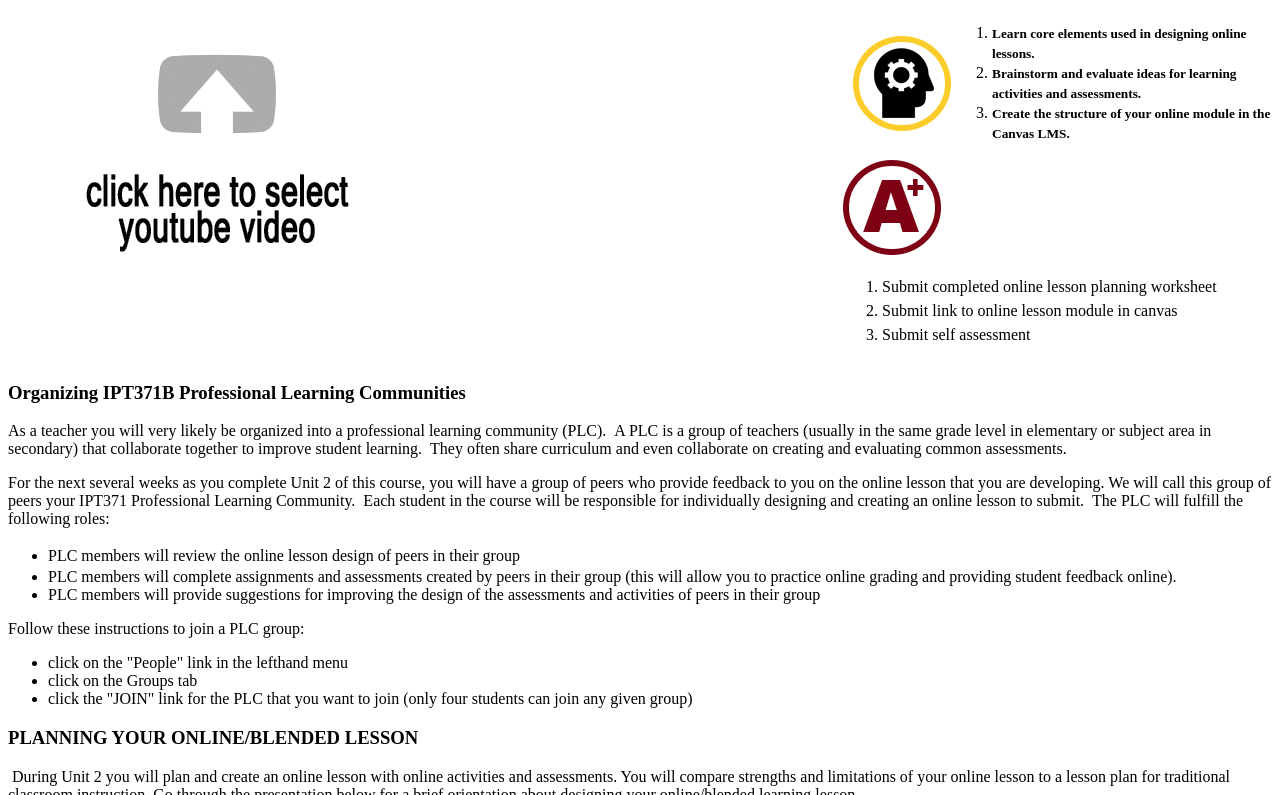
Repository: jaerod95/BYU
Page: IPT 371C/main.html
The author's editor kept a record of every edit. The page is drawn from the files as they stood at one moment, then again after the next edit.
The browser window is 1280 px wide. The pictures show the part of the page from y = 0 to 795 px (the page is 4818 px tall before and 4785 px after).
Pictures or frames that could not be fetched are drawn as grey boxes.

Above is the page before.

After the next edit:
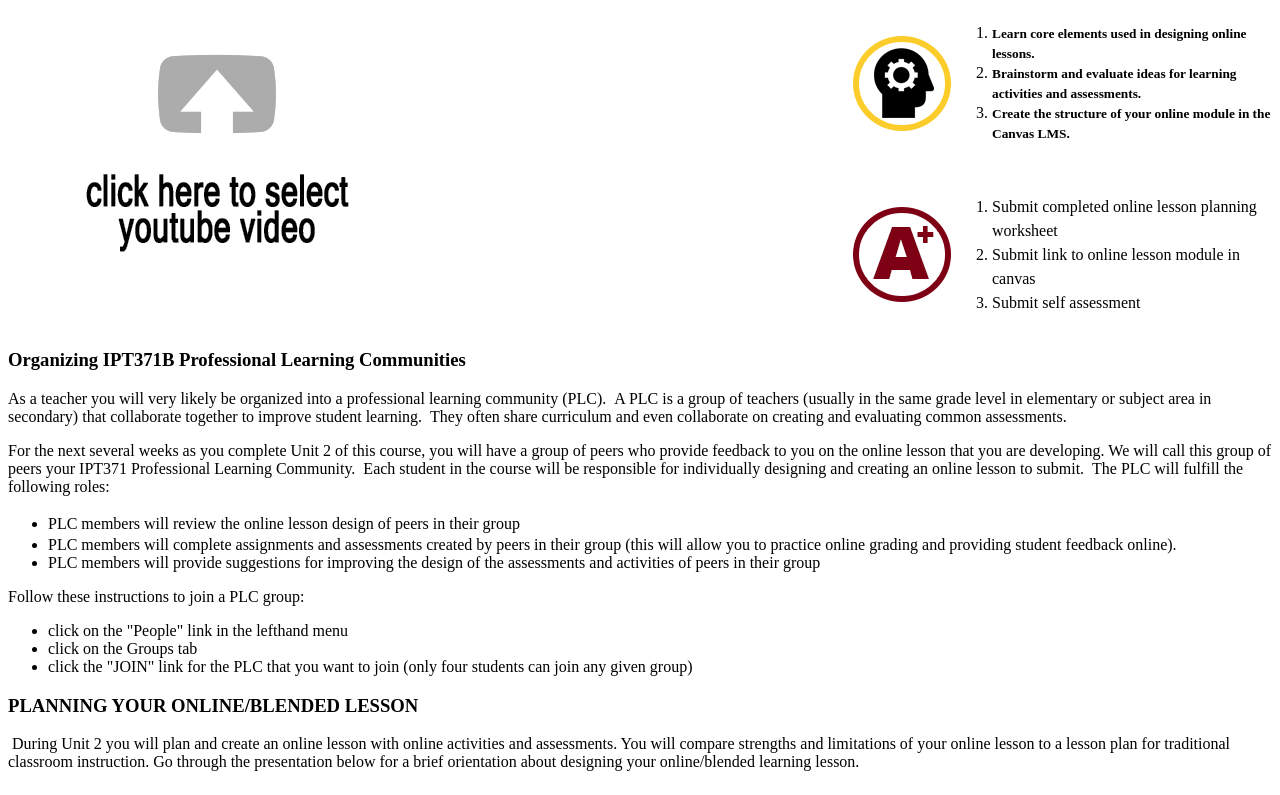
The edit:
--- a/IPT 371C/main.html
+++ b/IPT 371C/main.html
@@ -28,9 +28,9 @@
                         </ol>
                     </div>
                 </div>
-                <div class="ipt371ao blueboxipt">
-                    <div class="bbimg"><img src="study.png" /></div>
-                    <div class="outcomes">
+                <div class="JR_ipt371ao blueboxipt">
+                    <div class="JR_bbimg"><img src="study.png" /></div>
+                    <div class="JR_outcomes">
                         <ol>
                             <li><span style="line-height: 1.5; background-color: transparent;">Submit completed online lesson planning worksheet</span></li>
                             <li><span style="line-height: 1.5; background-color: transparent;">Submit link to online lesson module in canvas</span></li>
